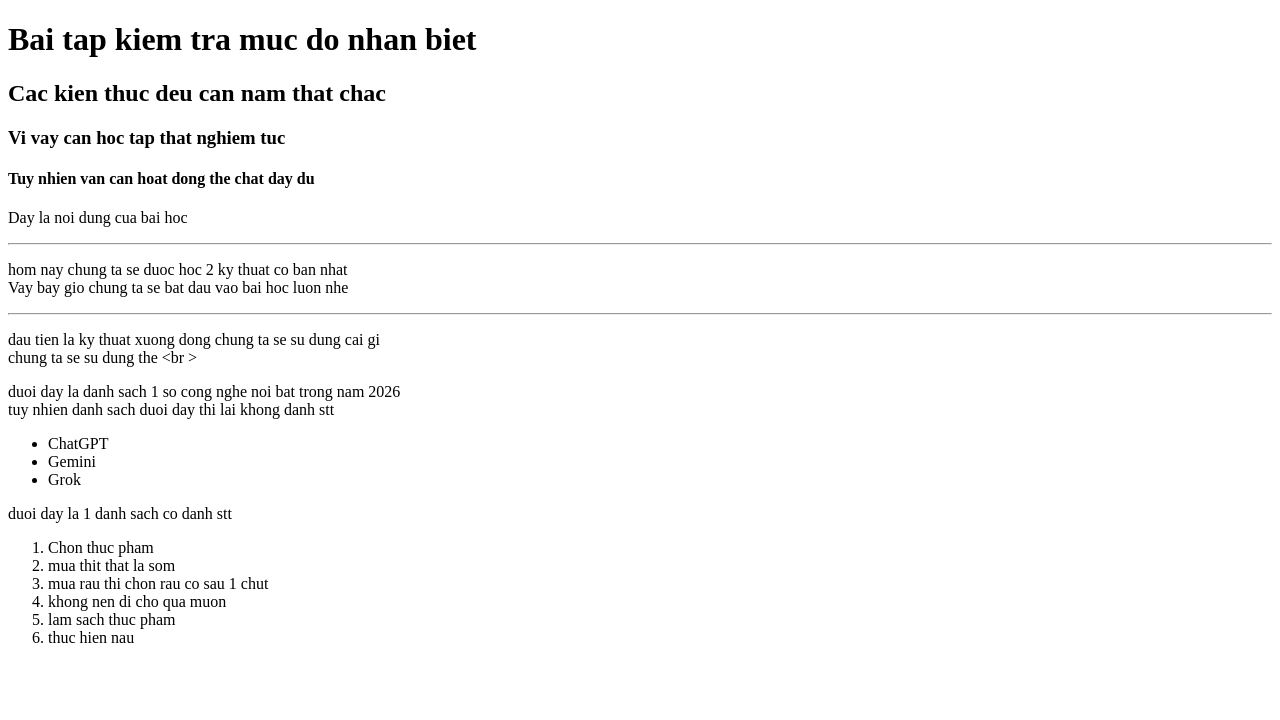
Repository: bachphamudu/my-tech-docs
Page: index.html
The author's editor kept a copy of each file at every save. The page is drawn from the files as they stood at one save, then again after a run of saves.
The browser window is 1280 px wide. The pictures show the whole page.

Above is the page before, as saved 2026-10-17 09:22:43.

After the next 2 saves:
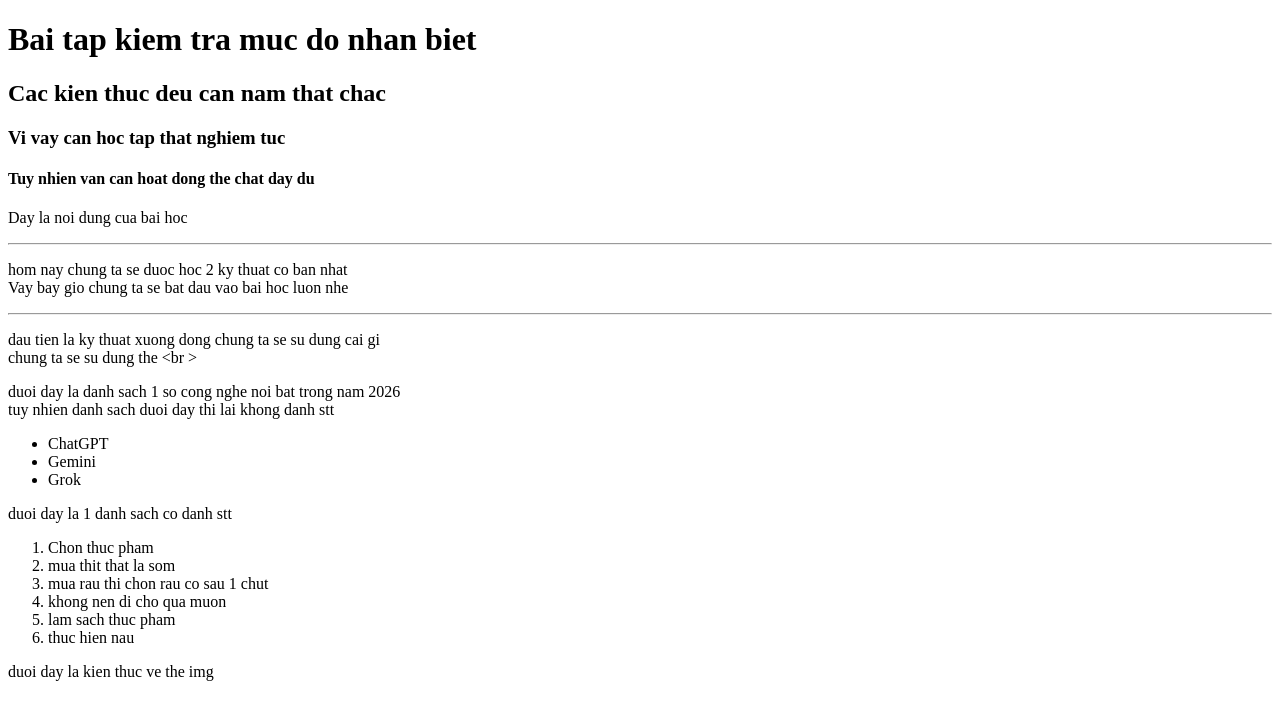
The 2 saves are shown as one change because they came seconds apart.
The last was saved 11 s later.
--- a/index.html
+++ b/index.html
@@ -34,6 +34,7 @@
         <li>lam sach thuc pham</li>
         <li>thuc hien nau</li>
     </ol>
+    <p>duoi day la kien thuc ve the img</p>
 
 </body>
 </html>
